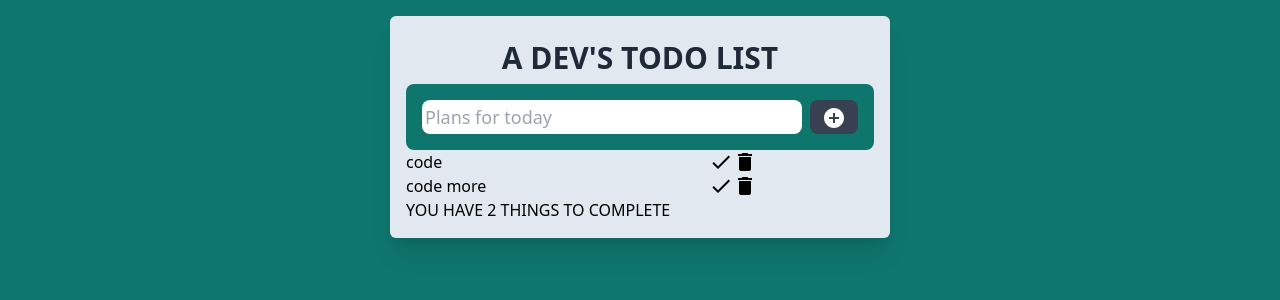
Repository: DevAntonioRogers/React-Todo-CRUD-App
Page: /
The author's editor kept a copy of each file at every save. The page is drawn from the files as they stood at one save, then again after the next save.
The browser window is 1280 px wide. The pictures show the whole page.
The project was rebuilt for these pictures with package versions that can differ from the ones it lists, and the page was loaded fresh each time. Also part of the build but not shown: vite.config.ts.

Above is the page before, as saved 2023-05-14 19:51:08.

### src/App.tsx
import Form from "./components/Form";

import { useState } from "react";
import Todo from "./components/Todo";

const App = () => {
  const [todo, setTodo] = useState(["code", "code more"]);

  return (
    <div className="h-screen w-screen p-4 bg-teal-700">
      <div className="bg-slate-200 max-w-[500px] w-full m-auto rounded-md shadow-xl p-4">
        <h1 className="text-3xl font-bold text-center text-gray-800 p-2">A DEV'S TODO LIST</h1>
        <Form />
        <ul>
          {todo.map((todos, index) => (
            <Todo key={index} todos={todos} />
          ))}
        </ul>
        <p>YOU HAVE 2 THINGS TO COMPLETE</p>
      </div>
    </div>
  );
};

export default App;

### src/components/Form.tsx
import AddCircleIcon from "@mui/icons-material/AddCircle";

const Form = () => {
  return (
    <form className="flex justify-between bg-teal-700 p-4 rounded-lg items-center">
      <input className="w-full text-lg rounded-lg p-[3px]" type="text" placeholder="Plans for today" />
      <button className="ml-2 p-1 bg-gray-700 px-3 rounded-lg text-white">
        <AddCircleIcon />
      </button>
    </form>
  );
};

export default Form;

### src/components/Todo.tsx
import CheckIcon from "@mui/icons-material/Check";
import DeleteIcon from "@mui/icons-material/Delete";

interface TodoProps {
  todos: string;
}

const Todo = ({ todos }: TodoProps) => {
  return (
    <li>
      <div className="flex items-center justify-between w-3/4">
        <p>{todos}</p>
        <div className="flex">
          <CheckIcon />
          <DeleteIcon />
        </div>
      </div>
    </li>
  );
};

export default Todo;

Loaded but not shown: index.html (common file); src/main.tsx (common file); src/index.css (common file); tailwind.config.js (common file)

After the next save:
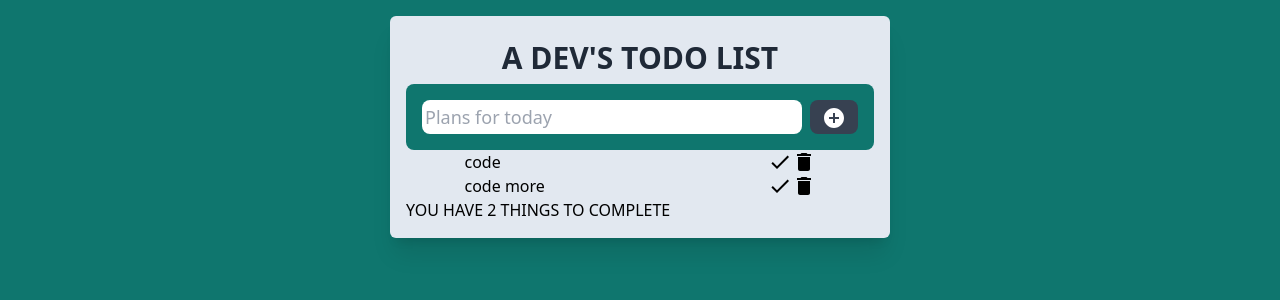
Saved 5 s later.
--- a/src/components/Todo.tsx
+++ b/src/components/Todo.tsx
@@ -8,7 +8,7 @@ interface TodoProps {
 const Todo = ({ todos }: TodoProps) => {
   return (
     <li>
-      <div className="flex items-center justify-between w-3/4">
+      <div className="flex items-center justify-between w-3/4 m-auto">
         <p>{todos}</p>
         <div className="flex">
           <CheckIcon />
